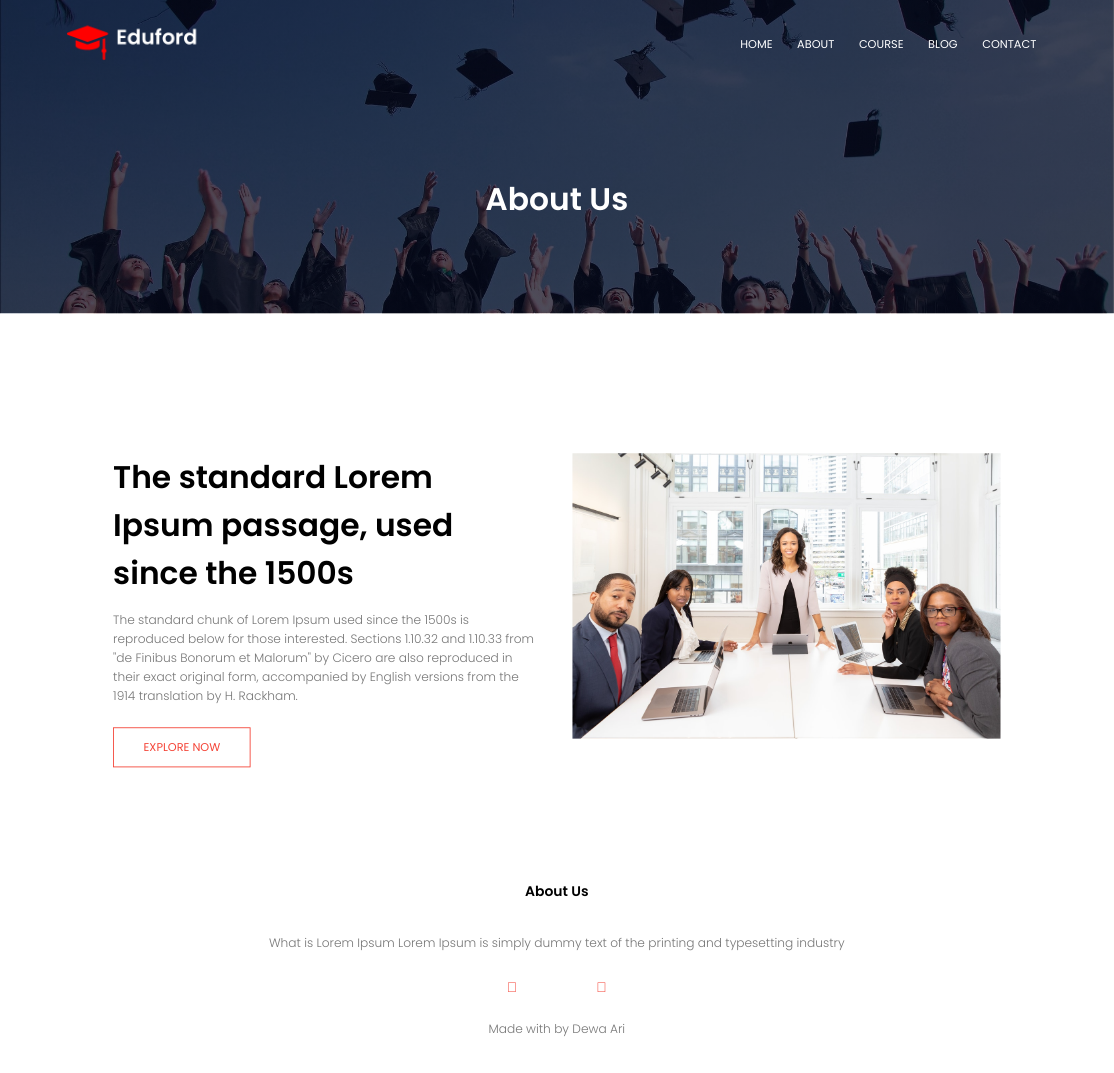
Repository: dewaary/company-profile
Page: course.html
These files come from the project's save history. The page is drawn as it stood at one moment and after the next save; the edit follows.
The browser window is 1280 px wide. The pictures show the whole page, at 87% of full size.

Above is the page before, as saved 2021-05-07 23:37:50.

After the next save:
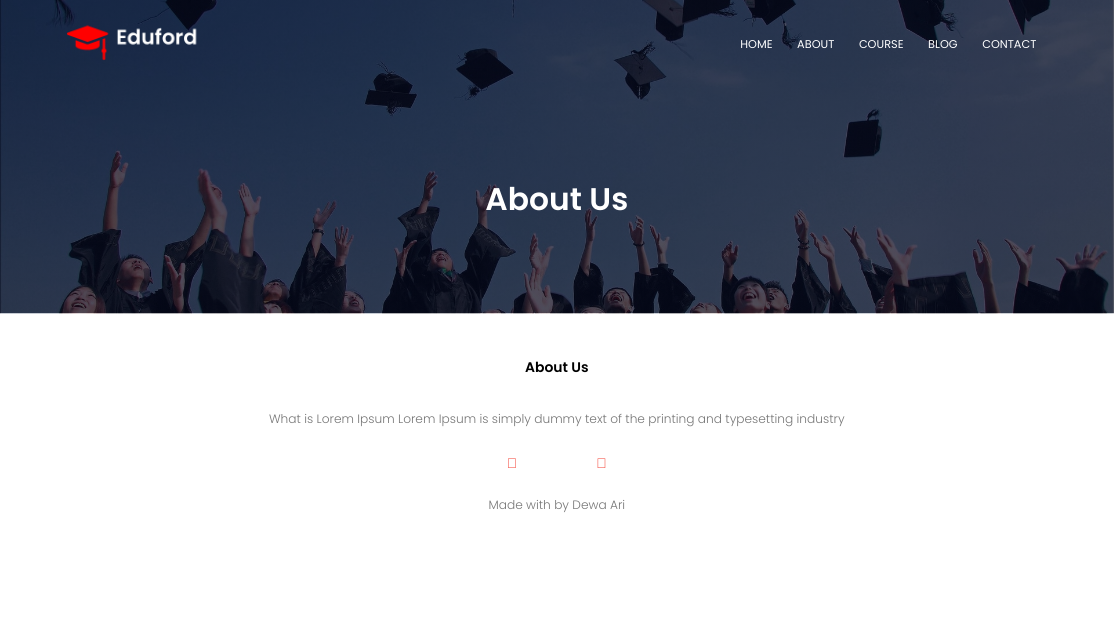
Saved 42 s later.
--- a/course.html
+++ b/course.html
@@ -33,25 +33,6 @@
         <h1>About Us</h1>
     </section>
 
-    <section class="about-us">
-
-        <div class="row">
-            <div class="about-col">
-                <h1>The standard Lorem Ipsum passage, used since the 1500s</h1>
-                <p>
-                    The standard chunk of Lorem Ipsum used since the 1500s is reproduced below for those interested.
-                    Sections 1.10.32 and 1.10.33 from "de Finibus Bonorum et Malorum" by Cicero are also reproduced in
-                    their exact original form, accompanied by English versions from the 1914 translation by H. Rackham.
-                </p>
-                <a href="" class="hero-btn red-btn">EXPLORE NOW</a>
-            </div>
-            <div class="about-col">
-                <img src="images/about.jpg">
-            </div>
-        </div>
-
-    </section>
-
 
     <section class="footer">
         <h4>About Us</h4>
